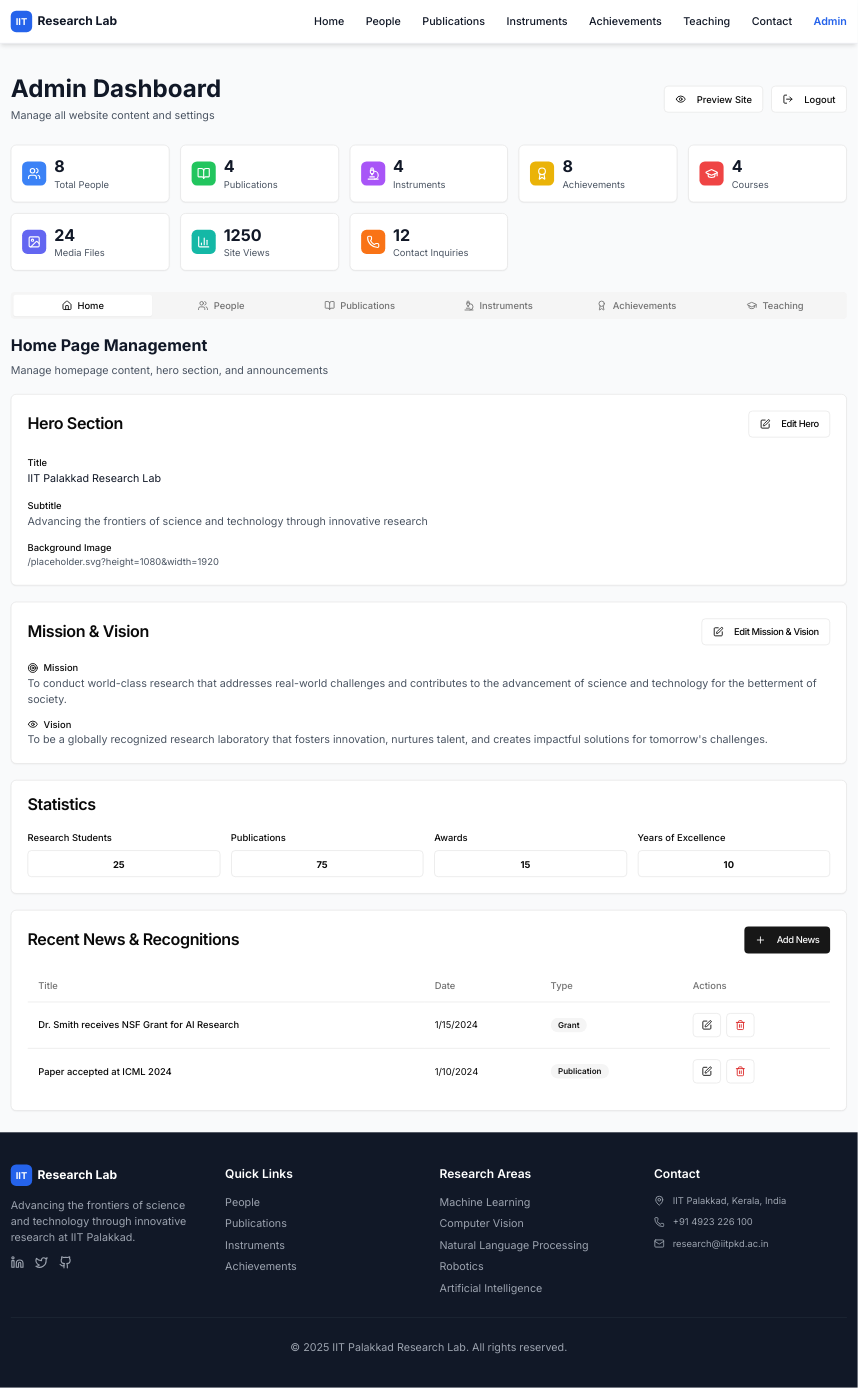
Repository: Gopikrish-30/iit-palakkad-arise
Page: /admin
An editor plug-in stored every save of this project. The page is shown before and after the next save, followed by the edit.
The browser window is 1280 px wide. The pictures show the whole page, at 67% of full size.
The project was rebuilt for these pictures with package versions that can differ from the ones it lists, and the page was loaded fresh each time. The framework's server and built-in components were replaced by stand-ins that run in the browser. Also part of the build but not shown: next.config.mjs, components/ui/textarea.tsx, components/ui/select.tsx, components/admin/people-section.tsx, components/ui/checkbox.tsx, components/admin/publications-section.tsx, components/admin/instruments-section.tsx, components/admin/achievements-section.tsx and 1 more.

Above is the page before, as saved 2025-06-01 22:00:55.

### app/layout.tsx
import type React from "react"
import type { Metadata } from "next"
import { Inter } from "next/font/google"
import "./globals.css"
import Navigation from "@/components/layout/navigation"
import Footer from "@/components/layout/footer"

const inter = Inter({ subsets: ["latin"] })

export const metadata: Metadata = {
  title: "IIT Palakkad Research Lab",
  description: "Advancing the frontiers of science and technology through innovative research",
    generator: 'v0.dev'
}

export default function RootLayout({
  children,
}: {
  children: React.ReactNode
}) {
  return (
    <html lang="en">
      <body className={inter.className}>
        <Navigation />
        <main>{children}</main>
        <Footer />
      </body>
    </html>
  )
}

### app/admin/page.tsx
"use client"

import { useState } from "react"
import { motion } from "framer-motion"
import { Tabs, TabsContent, TabsList, TabsTrigger } from "@/components/ui/tabs"
import { Card, CardContent } from "@/components/ui/card"
import { Button } from "@/components/ui/button"
import { Home, Users, BookOpen, Microscope, Award, GraduationCap, Eye, LogOut, Phone, Settings, Image, BarChart3 } from "lucide-react"
import PeopleSection from "@/components/admin/people-section"
import PublicationsSection from "@/components/admin/publications-section"
import InstrumentsSection from "@/components/admin/instruments-section"
import AchievementsSection from "@/components/admin/achievements-section"
import TeachingSection from "@/components/admin/teaching-section"
import HomeSection from "@/components/admin/home-section"
import ContactSection from "@/components/admin/contact-section"
import SiteSettingsSection from "@/components/admin/site-settings-section"
import MediaSection from "@/components/admin/media-section"
import AnalyticsSection from "@/components/admin/analytics-section"

export default function AdminPage() {
  const [activeTab, setActiveTab] = useState("home")

  const stats = [
    { label: "Total People", value: 8, icon: Users, color: "bg-blue-500" },
    { label: "Publications", value: 4, icon: BookOpen, color: "bg-green-500" },
    { label: "Instruments", value: 4, icon: Microscope, color: "bg-purple-500" },
    { label: "Achievements", value: 8, icon: Award, color: "bg-yellow-500" },
    { label: "Courses", value: 4, icon: GraduationCap, color: "bg-red-500" },
    { label: "Media Files", value: 24, icon: Image, color: "bg-indigo-500" },
    { label: "Site Views", value: 1250, icon: BarChart3, color: "bg-teal-500" },
    { label: "Contact Inquiries", value: 12, icon: Phone, color: "bg-orange-500" },
  ]

  return (
    <div className="min-h-screen bg-gray-50 pt-20">
      <div className="container mx-auto px-4 py-8">
        {/* Header */}
        <motion.div
          initial={{ opacity: 0, y: 30 }}
          animate={{ opacity: 1, y: 0 }}
          transition={{ duration: 0.8 }}
          className="flex items-center justify-between mb-8"
        >
          <div>
            <h1 className="text-4xl font-bold text-gray-900 mb-2">Admin Dashboard</h1>
            <p className="text-gray-600">Manage all website content and settings</p>
          </div>
          <div className="flex gap-3">
            <Button variant="outline">
              <Eye className="h-4 w-4 mr-2" />
              Preview Site
            </Button>
            <Button variant="outline">
              <LogOut className="h-4 w-4 mr-2" />
              Logout
            </Button>
          </div>
        </motion.div>

        {/* Stats Overview */}
        <motion.div
          initial={{ opacity: 0, y: 20 }}
          animate={{ opacity: 1, y: 0 }}
          transition={{ duration: 0.8, delay: 0.2 }}
          className="grid grid-cols-2 md:grid-cols-5 gap-4 mb-8"
        >
          {stats.map((stat, index) => (
            <Card key={index} className="hover:shadow-md transition-shadow">
              <CardContent className="p-4">
                <div className="flex items-center gap-3">
                  <div className={`p-2 rounded-lg ${stat.color} text-white`}>
                    <stat.icon className="h-5 w-5" />
                  </div>
                  <div>
                    <p className="text-2xl font-bold text-gray-900">{stat.value}</p>
                    <p className="text-sm text-gray-600">{stat.label}</p>
                  </div>
                </div>
              </CardContent>
            </Card>
          ))}
        </motion.div>

        {/* Main Content Tabs */}
        <motion.div
          initial={{ opacity: 0, y: 20 }}
          animate={{ opacity: 1, y: 0 }}
          transition={{ duration: 0.8, delay: 0.4 }}
        >
          <Tabs value={activeTab} onValueChange={setActiveTab} className="space-y-6">
            <TabsList className="grid w-full grid-cols-6 lg:w-auto lg:grid-cols-6">
              <TabsTrigger value="home" className="flex items-center gap-2">
                <Home className="h-4 w-4" />
                <span className="hidden sm:inline">Home</span>
              </TabsTrigger>
              <TabsTrigger value="people" className="flex items-center gap-2">
                <Users className="h-4 w-4" />
                <span className="hidden sm:inline">People</span>
              </TabsTrigger>
              <TabsTrigger value="publications" className="flex items-center gap-2">
                <BookOpen className="h-4 w-4" />
                <span className="hidden sm:inline">Publications</span>
              </TabsTrigger>
              <TabsTrigger value="instruments" className="flex items-center gap-2">
                <Microscope className="h-4 w-4" />
                <span className="hidden sm:inline">Instruments</span>
              </TabsTrigger>
              <TabsTrigger value="achievements" className="flex items-center gap-2">
                <Award className="h-4 w-4" />
                <span className="hidden sm:inline">Achievements</span>
              </TabsTrigger>
              <TabsTrigger value="teaching" className="flex items-center gap-2">
                <GraduationCap className="h-4 w-4" />
                <span className="hidden sm:inline">Teaching</span>
              </TabsTrigger>
            </TabsList>

            <TabsContent value="home">
              <HomeSection />
            </TabsContent>

            <TabsContent value="people">
              <PeopleSection />
            </TabsContent>

            <TabsContent value="publications">
              <PublicationsSection />
            </TabsContent>

            <TabsContent value="instruments">
              <InstrumentsSection />
            </TabsContent>

            <TabsContent value="achievements">
              <AchievementsSection />
            </TabsContent>

            <TabsContent value="teaching">
              <TeachingSection />
            </TabsContent>
          </Tabs>
        </motion.div>
      </div>
    </div>
  )
}

### components/ui/tabs.tsx
"use client"

import * as React from "react"
import * as TabsPrimitive from "@radix-ui/react-tabs"

import { cn } from "@/lib/utils"

const Tabs = TabsPrimitive.Root

const TabsList = React.forwardRef<
  React.ElementRef<typeof TabsPrimitive.List>,
  React.ComponentPropsWithoutRef<typeof TabsPrimitive.List>
>(({ className, ...props }, ref) => (
  <TabsPrimitive.List
    ref={ref}
    className={cn(
      "inline-flex h-10 items-center justify-center rounded-md bg-muted p-1 text-muted-foreground",
      className
    )}
    {...props}
  />
))
TabsList.displayName = TabsPrimitive.List.displayName

const TabsTrigger = React.forwardRef<
  React.ElementRef<typeof TabsPrimitive.Trigger>,
  React.ComponentPropsWithoutRef<typeof TabsPrimitive.Trigger>
>(({ className, ...props }, ref) => (
  <TabsPrimitive.Trigger
    ref={ref}
    className={cn(
      "inline-flex items-center justify-center whitespace-nowrap rounded-sm px-3 py-1.5 text-sm font-medium ring-offset-background transition-all focus-visible:outline-none focus-visible:ring-2 focus-visible:ring-ring focus-visible:ring-offset-2 disabled:pointer-events-none disabled:opacity-50 data-[state=active]:bg-background data-[state=active]:text-foreground data-[state=active]:shadow-sm",
      className
    )}
    {...props}
  />
))
TabsTrigger.displayName = TabsPrimitive.Trigger.displayName

const TabsContent = React.forwardRef<
  React.ElementRef<typeof TabsPrimitive.Content>,
  React.ComponentPropsWithoutRef<typeof TabsPrimitive.Content>
>(({ className, ...props }, ref) => (
  <TabsPrimitive.Content
    ref={ref}
    className={cn(
      "mt-2 ring-offset-background focus-visible:outline-none focus-visible:ring-2 focus-visible:ring-ring focus-visible:ring-offset-2",
      className
    )}
    {...props}
  />
))
TabsContent.displayName = TabsPrimitive.Content.displayName

export { Tabs, TabsList, TabsTrigger, TabsContent }

### components/ui/card.tsx
import * as React from "react"

import { cn } from "@/lib/utils"

const Card = React.forwardRef<
  HTMLDivElement,
  React.HTMLAttributes<HTMLDivElement>
>(({ className, ...props }, ref) => (
  <div
    ref={ref}
    className={cn(
      "rounded-lg border bg-card text-card-foreground shadow-sm",
      className
    )}
    {...props}
  />
))
Card.displayName = "Card"

const CardHeader = React.forwardRef<
  HTMLDivElement,
  React.HTMLAttributes<HTMLDivElement>
>(({ className, ...props }, ref) => (
  <div
    ref={ref}
    className={cn("flex flex-col space-y-1.5 p-6", className)}
    {...props}
  />
))
CardHeader.displayName = "CardHeader"

const CardTitle = React.forwardRef<
  HTMLDivElement,
  React.HTMLAttributes<HTMLDivElement>
>(({ className, ...props }, ref) => (
  <div
    ref={ref}
    className={cn(
      "text-2xl font-semibold leading-none tracking-tight",
      className
    )}
    {...props}
  />
))
CardTitle.displayName = "CardTitle"

const CardDescription = React.forwardRef<
  HTMLDivElement,
  React.HTMLAttributes<HTMLDivElement>
>(({ className, ...props }, ref) => (
  <div
    ref={ref}
    className={cn("text-sm text-muted-foreground", className)}
    {...props}
  />
))
CardDescription.displayName = "CardDescription"

const CardContent = React.forwardRef<
  HTMLDivElement,
  React.HTMLAttributes<HTMLDivElement>
>(({ className, ...props }, ref) => (
  <div ref={ref} className={cn("p-6 pt-0", className)} {...props} />
))
CardContent.displayName = "CardContent"

const CardFooter = React.forwardRef<
  HTMLDivElement,
  React.HTMLAttributes<HTMLDivElement>
>(({ className, ...props }, ref) => (
  <div
    ref={ref}
    className={cn("flex items-center p-6 pt-0", className)}
    {...props}
  />
))
CardFooter.displayName = "CardFooter"

export { Card, CardHeader, CardFooter, CardTitle, CardDescription, CardContent }

### components/ui/button.tsx
import * as React from "react"
import { Slot } from "@radix-ui/react-slot"
import { cva, type VariantProps } from "class-variance-authority"

import { cn } from "@/lib/utils"

const buttonVariants = cva(
  "inline-flex items-center justify-center gap-2 whitespace-nowrap rounded-md text-sm font-medium ring-offset-background transition-colors focus-visible:outline-none focus-visible:ring-2 focus-visible:ring-ring focus-visible:ring-offset-2 disabled:pointer-events-none disabled:opacity-50 [&_svg]:pointer-events-none [&_svg]:size-4 [&_svg]:shrink-0",
  {
    variants: {
      variant: {
        default: "bg-primary text-primary-foreground hover:bg-primary/90",
        destructive:
          "bg-destructive text-destructive-foreground hover:bg-destructive/90",
        outline:
          "border border-input bg-background hover:bg-accent hover:text-accent-foreground",
        secondary:
          "bg-secondary text-secondary-foreground hover:bg-secondary/80",
        ghost: "hover:bg-accent hover:text-accent-foreground",
        link: "text-primary underline-offset-4 hover:underline",
      },
      size: {
        default: "h-10 px-4 py-2",
        sm: "h-9 rounded-md px-3",
        lg: "h-11 rounded-md px-8",
        icon: "h-10 w-10",
      },
    },
    defaultVariants: {
      variant: "default",
      size: "default",
    },
  }
)

export interface ButtonProps
  extends React.ButtonHTMLAttributes<HTMLButtonElement>,
    VariantProps<typeof buttonVariants> {
  asChild?: boolean
}

const Button = React.forwardRef<HTMLButtonElement, ButtonProps>(
  ({ className, variant, size, asChild = false, ...props }, ref) => {
    const Comp = asChild ? Slot : "button"
    return (
      <Comp
        className={cn(buttonVariants({ variant, size, className }))}
        ref={ref}
        {...props}
      />
    )
  }
)
Button.displayName = "Button"

export { Button, buttonVariants }

### components/ui/input.tsx
import * as React from "react"

import { cn } from "@/lib/utils"

const Input = React.forwardRef<HTMLInputElement, React.ComponentProps<"input">>(
  ({ className, type, ...props }, ref) => {
    return (
      <input
        type={type}
        className={cn(
          "flex h-10 w-full rounded-md border border-input bg-background px-3 py-2 text-base ring-offset-background file:border-0 file:bg-transparent file:text-sm file:font-medium file:text-foreground placeholder:text-muted-foreground focus-visible:outline-none focus-visible:ring-2 focus-visible:ring-ring focus-visible:ring-offset-2 disabled:cursor-not-allowed disabled:opacity-50 md:text-sm",
          className
        )}
        ref={ref}
        {...props}
      />
    )
  }
)
Input.displayName = "Input"

export { Input }

### components/ui/label.tsx
"use client"

import * as React from "react"
import * as LabelPrimitive from "@radix-ui/react-label"
import { cva, type VariantProps } from "class-variance-authority"

import { cn } from "@/lib/utils"

const labelVariants = cva(
  "text-sm font-medium leading-none peer-disabled:cursor-not-allowed peer-disabled:opacity-70"
)

const Label = React.forwardRef<
  React.ElementRef<typeof LabelPrimitive.Root>,
  React.ComponentPropsWithoutRef<typeof LabelPrimitive.Root> &
    VariantProps<typeof labelVariants>
>(({ className, ...props }, ref) => (
  <LabelPrimitive.Root
    ref={ref}
    className={cn(labelVariants(), className)}
    {...props}
  />
))
Label.displayName = LabelPrimitive.Root.displayName

export { Label }

### components/ui/dialog.tsx
"use client"

import * as React from "react"
import * as DialogPrimitive from "@radix-ui/react-dialog"
import { X } from "lucide-react"

import { cn } from "@/lib/utils"

const Dialog = DialogPrimitive.Root

const DialogTrigger = DialogPrimitive.Trigger

const DialogPortal = DialogPrimitive.Portal

const DialogClose = DialogPrimitive.Close

const DialogOverlay = React.forwardRef<
  React.ElementRef<typeof DialogPrimitive.Overlay>,
  React.ComponentPropsWithoutRef<typeof DialogPrimitive.Overlay>
>(({ className, ...props }, ref) => (
  <DialogPrimitive.Overlay
    ref={ref}
    className={cn(
      "fixed inset-0 z-50 bg-black/80  data-[state=open]:animate-in data-[state=closed]:animate-out data-[state=closed]:fade-out-0 data-[state=open]:fade-in-0",
      className
    )}
    {...props}
  />
))
DialogOverlay.displayName = DialogPrimitive.Overlay.displayName

const DialogContent = React.forwardRef<
  React.ElementRef<typeof DialogPrimitive.Content>,
  React.ComponentPropsWithoutRef<typeof DialogPrimitive.Content>
>(({ className, children, ...props }, ref) => (
  <DialogPortal>
    <DialogOverlay />
    <DialogPrimitive.Content
      ref={ref}
      className={cn(
        "fixed left-[50%] top-[50%] z-50 grid w-full max-w-lg translate-x-[-50%] translate-y-[-50%] gap-4 border bg-background p-6 shadow-lg duration-200 data-[state=open]:animate-in data-[state=closed]:animate-out data-[state=closed]:fade-out-0 data-[state=open]:fade-in-0 data-[state=closed]:zoom-out-95 data-[state=open]:zoom-in-95 data-[state=closed]:slide-out-to-left-1/2 data-[state=closed]:slide-out-to-top-[48%] data-[state=open]:slide-in-from-left-1/2 data-[state=open]:slide-in-from-top-[48%] sm:rounded-lg",
        className
      )}
      {...props}
    >
      {children}
      <DialogPrimitive.Close className="absolute right-4 top-4 rounded-sm opacity-70 ring-offset-background transition-opacity hover:opacity-100 focus:outline-none focus:ring-2 focus:ring-ring focus:ring-offset-2 disabled:pointer-events-none data-[state=open]:bg-accent data-[state=open]:text-muted-foreground">
        <X className="h-4 w-4" />
        <span className="sr-only">Close</span>
      </DialogPrimitive.Close>
    </DialogPrimitive.Content>
  </DialogPortal>
))
DialogContent.displayName = DialogPrimitive.Content.displayName

const DialogHeader = ({
  className,
  ...props
}: React.HTMLAttributes<HTMLDivElement>) => (
  <div
    className={cn(
      "flex flex-col space-y-1.5 text-center sm:text-left",
      className
    )}
    {...props}
  />
)
DialogHeader.displayName = "DialogHeader"

const DialogFooter = ({
  className,
  ...props
}: React.HTMLAttributes<HTMLDivElement>) => (
  <div
    className={cn(
      "flex flex-col-reverse sm:flex-row sm:justify-end sm:space-x-2",
      className
    )}
    {...props}
  />
)
DialogFooter.displayName = "DialogFooter"

const DialogTitle = React.forwardRef<
  React.ElementRef<typeof DialogPrimitive.Title>,
  React.ComponentPropsWithoutRef<typeof DialogPrimitive.Title>
>(({ className, ...props }, ref) => (
  <DialogPrimitive.Title
    ref={ref}
    className={cn(
      "text-lg font-semibold leading-none tracking-tight",
      className
    )}
    {...props}
  />
))
DialogTitle.displayName = DialogPrimitive.Title.displayName

const DialogDescription = React.forwardRef<
  React.ElementRef<typeof DialogPrimitive.Description>,
  React.ComponentPropsWithoutRef<typeof DialogPrimitive.Description>
>(({ className, ...props }, ref) => (
  <DialogPrimitive.Description
    ref={ref}
    className={cn("text-sm text-muted-foreground", className)}
    {...props}
  />
))
DialogDescription.displayName = DialogPrimitive.Description.displayName

export {
  Dialog,
  DialogPortal,
  DialogOverlay,
  DialogClose,
  DialogTrigger,
  DialogContent,
  DialogHeader,
  DialogFooter,
  DialogTitle,
  DialogDescription,
}

### components/ui/badge.tsx
import * as React from "react"
import { cva, type VariantProps } from "class-variance-authority"

import { cn } from "@/lib/utils"

const badgeVariants = cva(
  "inline-flex items-center rounded-full border px-2.5 py-0.5 text-xs font-semibold transition-colors focus:outline-none focus:ring-2 focus:ring-ring focus:ring-offset-2",
  {
    variants: {
      variant: {
        default:
          "border-transparent bg-primary text-primary-foreground hover:bg-primary/80",
        secondary:
          "border-transparent bg-secondary text-secondary-foreground hover:bg-secondary/80",
        destructive:
          "border-transparent bg-destructive text-destructive-foreground hover:bg-destructive/80",
        outline: "text-foreground",
      },
    },
    defaultVariants: {
      variant: "default",
    },
  }
)

export interface BadgeProps
  extends React.HTMLAttributes<HTMLDivElement>,
    VariantProps<typeof badgeVariants> {}

function Badge({ className, variant, ...props }: BadgeProps) {
  return (
    <div className={cn(badgeVariants({ variant }), className)} {...props} />
  )
}

export { Badge, badgeVariants }

### components/ui/table.tsx
import * as React from "react"

import { cn } from "@/lib/utils"

const Table = React.forwardRef<
  HTMLTableElement,
  React.HTMLAttributes<HTMLTableElement>
>(({ className, ...props }, ref) => (
  <div className="relative w-full overflow-auto">
    <table
      ref={ref}
      className={cn("w-full caption-bottom text-sm", className)}
      {...props}
    />
  </div>
))
Table.displayName = "Table"

const TableHeader = React.forwardRef<
  HTMLTableSectionElement,
  React.HTMLAttributes<HTMLTableSectionElement>
>(({ className, ...props }, ref) => (
  <thead ref={ref} className={cn("[&_tr]:border-b", className)} {...props} />
))
TableHeader.displayName = "TableHeader"

const TableBody = React.forwardRef<
  HTMLTableSectionElement,
  React.HTMLAttributes<HTMLTableSectionElement>
>(({ className, ...props }, ref) => (
  <tbody
    ref={ref}
    className={cn("[&_tr:last-child]:border-0", className)}
    {...props}
  />
))
TableBody.displayName = "TableBody"

const TableFooter = React.forwardRef<
  HTMLTableSectionElement,
  React.HTMLAttributes<HTMLTableSectionElement>
>(({ className, ...props }, ref) => (
  <tfoot
    ref={ref}
    className={cn(
      "border-t bg-muted/50 font-medium [&>tr]:last:border-b-0",
      className
    )}
    {...props}
  />
))
TableFooter.displayName = "TableFooter"

const TableRow = React.forwardRef<
  HTMLTableRowElement,
  React.HTMLAttributes<HTMLTableRowElement>
>(({ className, ...props }, ref) => (
  <tr
    ref={ref}
    className={cn(
      "border-b transition-colors hover:bg-muted/50 data-[state=selected]:bg-muted",
      className
    )}
    {...props}
  />
))
TableRow.displayName = "TableRow"

const TableHead = React.forwardRef<
  HTMLTableCellElement,
  React.ThHTMLAttributes<HTMLTableCellElement>
>(({ className, ...props }, ref) => (
  <th
    ref={ref}
    className={cn(
      "h-12 px-4 text-left align-middle font-medium text-muted-foreground [&:has([role=checkbox])]:pr-0",
      className
    )}
    {...props}
  />
))
TableHead.displayName = "TableHead"

const TableCell = React.forwardRef<
  HTMLTableCellElement,
  React.TdHTMLAttributes<HTMLTableCellElement>
>(({ className, ...props }, ref) => (
  <td
    ref={ref}
    className={cn("p-4 align-middle [&:has([role=checkbox])]:pr-0", className)}
    {...props}
  />
))
TableCell.displayName = "TableCell"

const TableCaption = React.forwardRef<
  HTMLTableCaptionElement,
  React.HTMLAttributes<HTMLTableCaptionElement>
>(({ className, ...props }, ref) => (
  <caption
    ref={ref}
    className={cn("mt-4 text-sm text-muted-foreground", className)}
    {...props}
  />
))
TableCaption.displayName = "TableCaption"

export {
  Table,
  TableHeader,
  TableBody,
  TableFooter,
  TableHead,
  TableRow,
  TableCell,
  TableCaption,
}

Loaded but not shown: app/globals.css (common file); lib/utils.ts (common file); tailwind.config.ts (common file); components/admin/home-section.tsx (434 lines, source omitted); components/layout/navigation.tsx (118 lines, source omitted); components/ui/sheet.tsx (140 lines, source omitted); components/layout/footer.tsx (98 lines, source omitted)

After the next save:
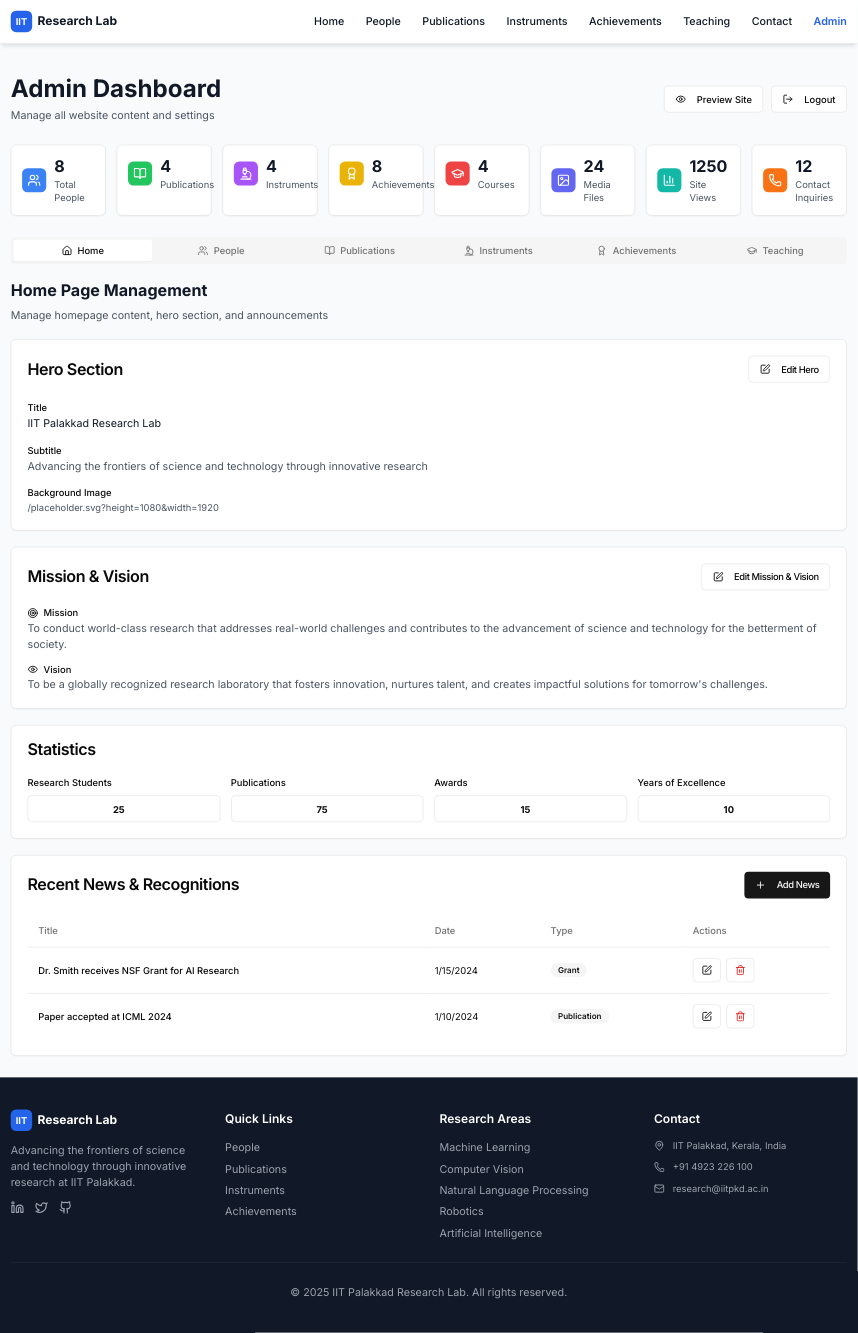
Saved 85 s later.
--- a/app/admin/page.tsx
+++ b/app/admin/page.tsx
@@ -62,7 +62,7 @@
           initial={{ opacity: 0, y: 20 }}
           animate={{ opacity: 1, y: 0 }}
           transition={{ duration: 0.8, delay: 0.2 }}
-          className="grid grid-cols-2 md:grid-cols-5 gap-4 mb-8"
+          className="grid grid-cols-2 md:grid-cols-4 lg:grid-cols-8 gap-4 mb-8"
         >
           {stats.map((stat, index) => (
             <Card key={index} className="hover:shadow-md transition-shadow">
